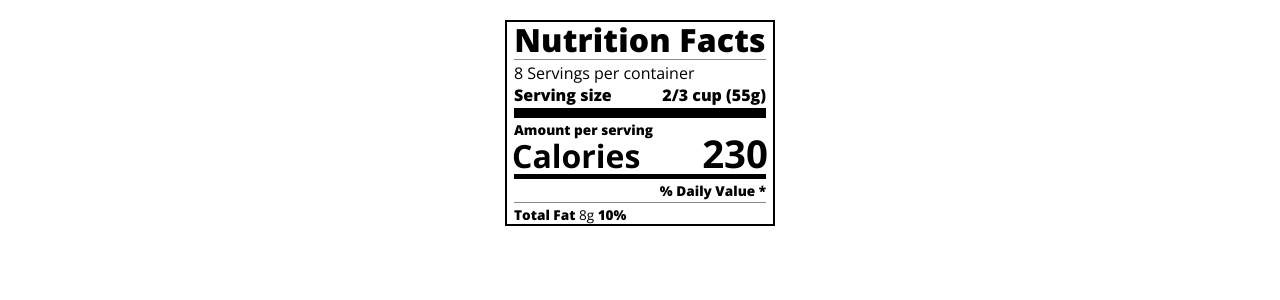
Repository: Lungdjos/typography
Page: index.html
The author's editor kept a copy of each file at every save. The page is drawn from the files as they stood at one save, then again after a run of saves.
The browser window is 1280 px wide. The pictures show the whole page.

Above is the page before, as saved 2023-10-28 01:53:53.

After the next 7 saves:
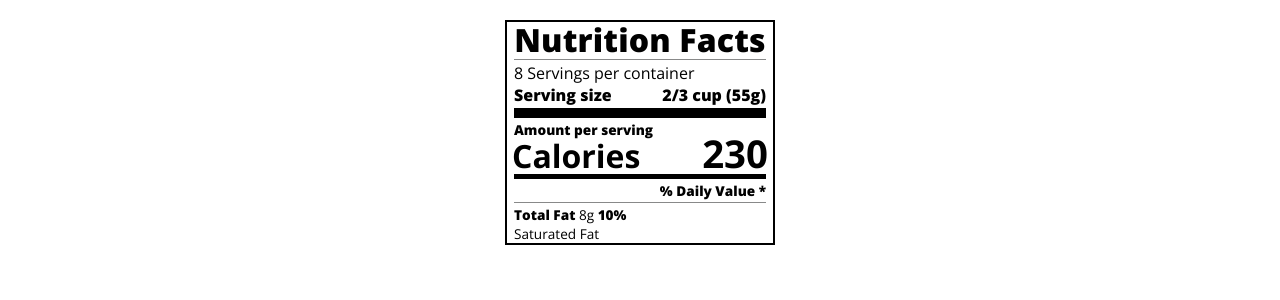
The 7 saves are shown as one change because they came seconds apart.
The last was saved 2 min 31 s later.
--- a/index.html
+++ b/index.html
@@ -31,6 +31,7 @@
             <div class="divider"></div>
             <p><span><span class="bold">Total Fat</span> 8g <span class="bold">10%</span></span>
             </p>
+            <p>Saturated Fat</p>
         </div>
     </div>
 
